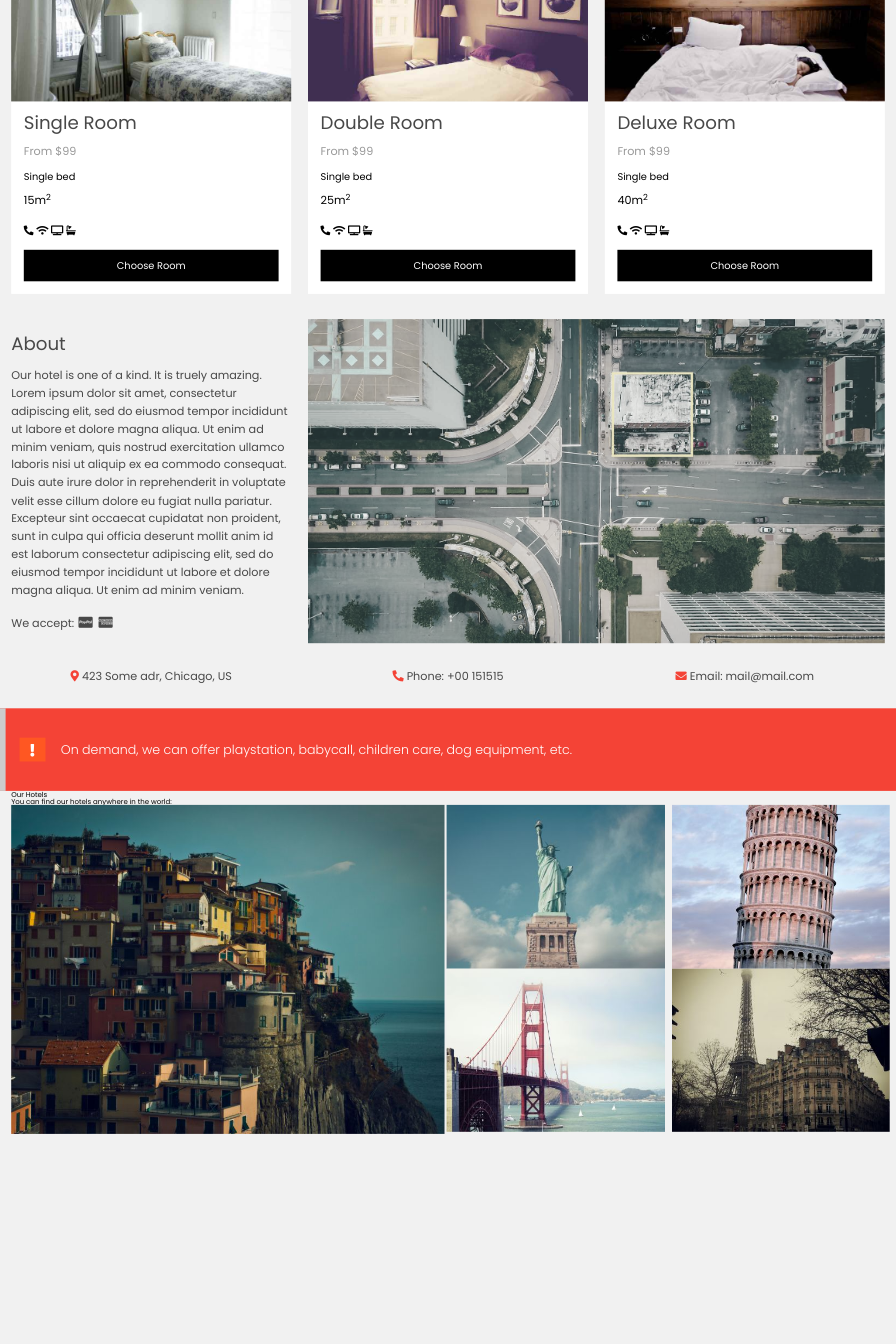
Repository: phamhuuloc/Travel_Template
Page: index.html
These files come from the project's save history. The page is drawn as it stood at one moment and after the next save; the edit follows.
The browser window is 1280 px wide. The pictures show the part of the page from y = 1097 to 3017 px (the page is 3017 px tall before and 3015 px after), at 70% of full size.
The style sheet was rebuilt from its Sass, Less or Tailwind sources for each picture, by a compiler version that may differ from the author's.

Above is the page before, as saved 2021-09-18 11:48:24.

After the next save:
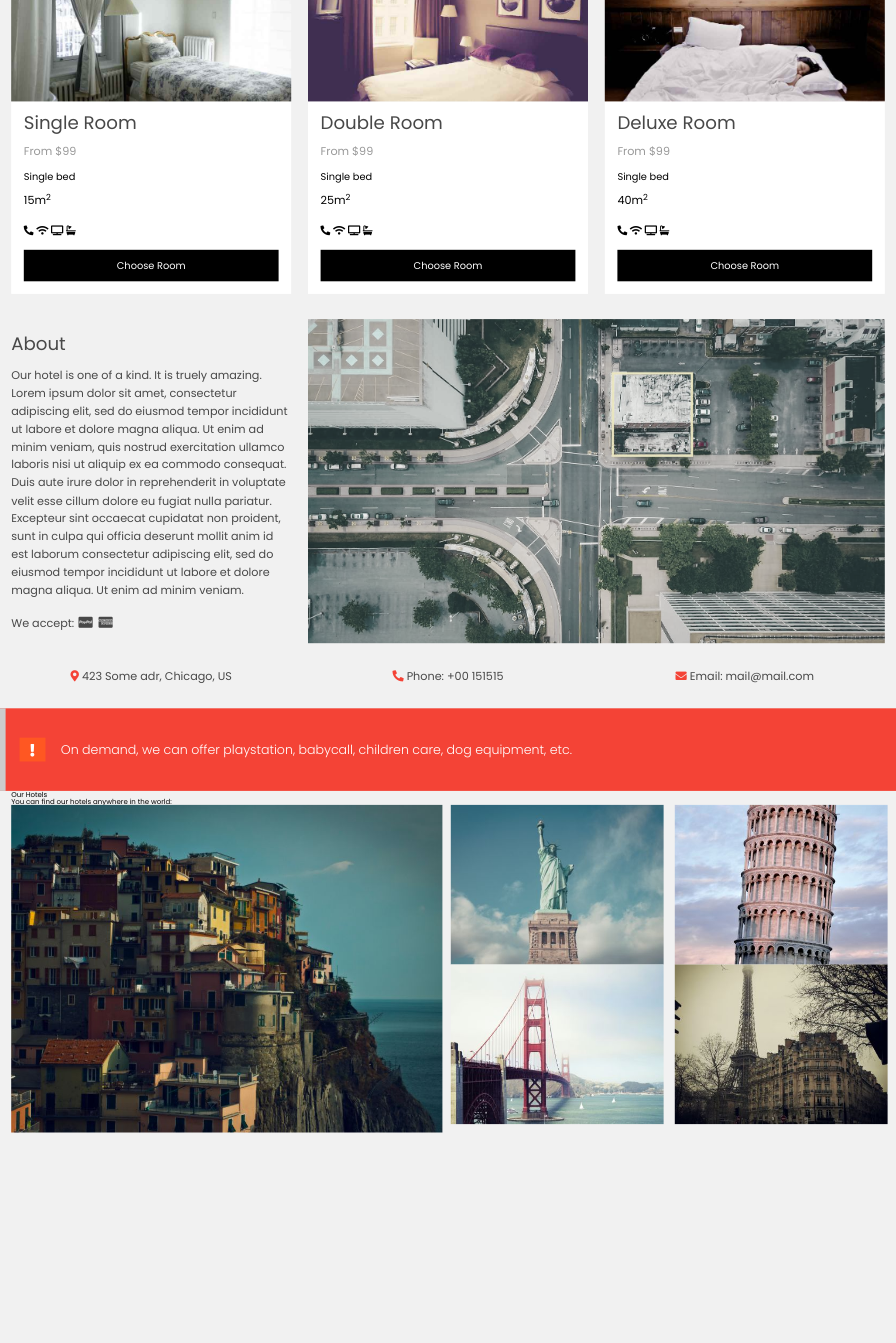
Saved 36 s later.
--- a/assets/grid.css
+++ b/assets/grid.css
@@ -272,16 +272,16 @@
     margin-right: -12px;
   }
   .row.sm-gutter {
-    margin-left: -5px;
-    margin-right: -5px;
+    margin-left: -8px;
+    margin-right: -8px;
   }
   .col {
     padding-left: 12px;
     padding-right: 12px;
   }
   .row.sm-gutter .col {
-    padding-left: 5px;
-    padding-right: 5px;
+    padding-left: 8px;
+    padding-right: 8px;
   }
   .l-0 {
     display: none;
